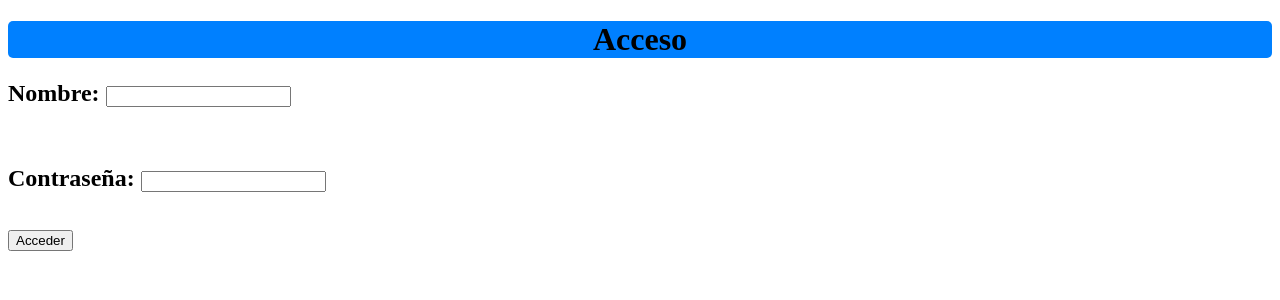
Repository: MateoSantander/Ejercicios4y5
Page: http://localhost/Ejercicio_4/JSP_login.jsp
An editor plug-in stored every save of this project. The page is shown before and after the next save, followed by the edit.
The browser window is 1280 px wide. The pictures show the whole page.
The page is served by Tomcat 9. Other server files are loaded and not shown.

Above is the page before, as saved 2022-03-18 13:22:07.

### Ejercicio_4/src/main/webapp/JSP_login.jsp
<%@ page language="java" contentType="text/html; charset=ISO-8859-1"
    pageEncoding="ISO-8859-1"%>
<!DOCTYPE html>
<html>
<head>
<meta charset="ISO-8859-1">
<title>acceso</title>
<link rel="stylesheet" href="css/design.css">
</head>
<body>
			<h1>Acceso</h1>
		<form action="login" method="post">
			<h2>Nombre: <input type="text" class="form-control" name="username"/></h2>
			<br/>
			<h2>Contraseña: <input type="password" class="form-control" name="password"/></h2>
			<br/>
			<input type="submit" value="Acceder">
		</form>
</body>
</html>

### Ejercicio_4/src/main/webapp/css/design.css
@charset "ISO-8859-1";

h1{
	 color:rgb(rgb(255, 0, 0), green, blue);
        text-align:center;
        border-radius: 5px;
        background-color:rgb(0, 128, 255)
}
button

After the next save:
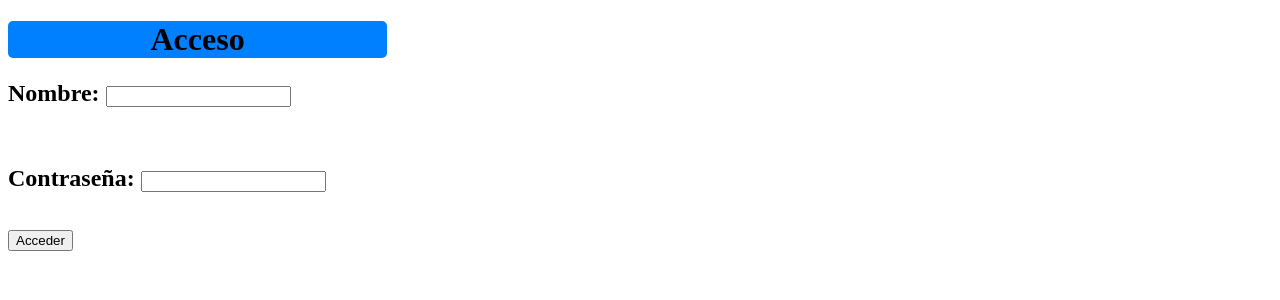
Saved 113 s later.
--- a/Ejercicio_4/src/main/webapp/css/design.css
+++ b/Ejercicio_4/src/main/webapp/css/design.css
@@ -3,6 +3,7 @@
 h1{
 	 color:rgb(rgb(255, 0, 0), green, blue);
         text-align:center;
+        width:30%;
         border-radius: 5px;
         background-color:rgb(0, 128, 255)
 }
